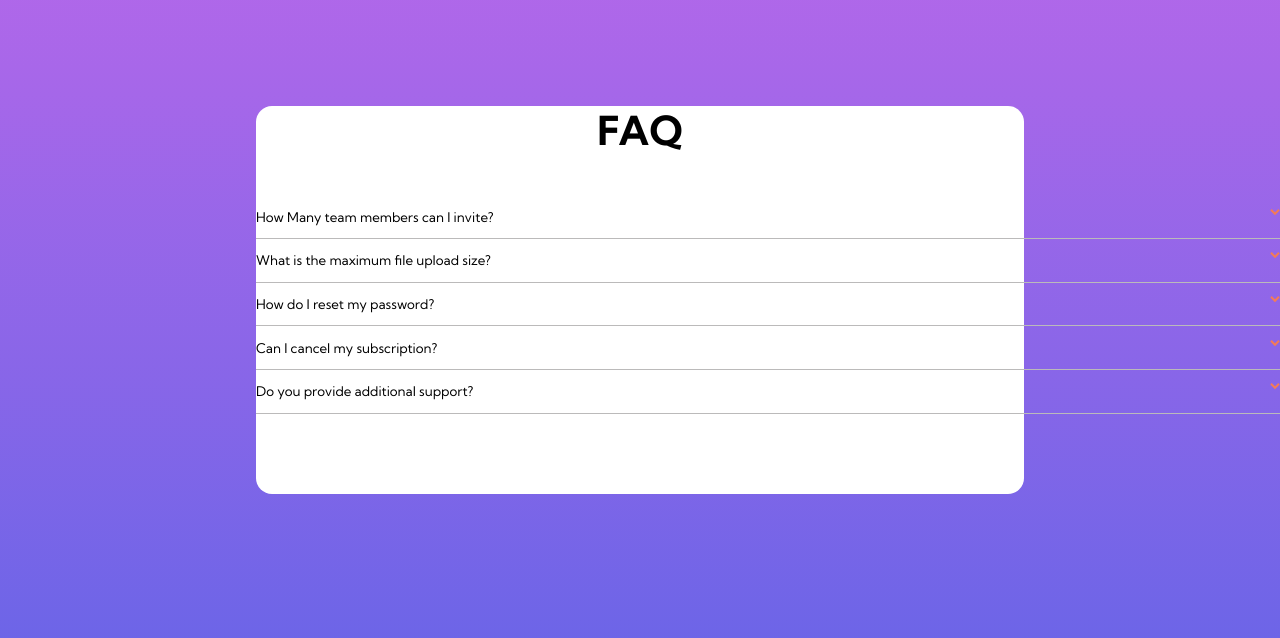
Repository: ryanwilll/ProjetoFAQ
Page: index.html
An editor plug-in stored every save of this project. The page is shown before and after the next save, followed by the edit.
The browser window is 1280 px wide. The pictures show the whole page.

Above is the page before, as saved 2022-10-27 19:58:30.

### index.html
<!DOCTYPE html>
<html lang="pt-br">

<head>
  <meta charset="UTF-8">
  <meta name="viewport" content="width=device-width, initial-scale=1.0">
  <!-- displays site properly based on user's device -->
  <link rel="preconnect" href="https://fonts.googleapis.com">
  <link rel="preconnect" href="https://fonts.gstatic.com" crossorigin>
  <link rel="preconnect" href="https://fonts.googleapis.com">
  <link rel="preconnect" href="https://fonts.gstatic.com" crossorigin>
  <link href="https://fonts.googleapis.com/css2?family=Kumbh+Sans:wght@400;700&display=swap" rel="stylesheet">
  <link rel="icon" type="image/png" sizes="32x32" href="./images/favicon-32x32.png">
  <link rel="stylesheet" href="./css/style.css">
  <link rel="stylesheet" href="./css/allmedia.css">
  <title>Frontend Mentor | FAQ Accordion Card</title>

  <!-- Feel free to remove these styles or customise in your own stylesheet 👍 -->
</head>

<body>

  <main class="container">
    <div class="card-white">
      <div class="imgs">
        <img class="img-principal" src="./images/illustration-woman-online-mobile.svg" alt="Ilustração Mobile">
        <img class="sombra-img-principal" src="./images/bg-pattern-mobile.svg" alt="Sombreamento da Imagem">
      </div>
      <div class="imgs-desktop">
        <img src="./images/illustration-woman-online-desktop.svg" alt="">
        <img src="./images/bg-pattern-desktop.svg" alt="">
        <img src="./images/illustration-box-desktop.svg" alt="">
      </div>
      <h1 class="FAQ">FAQ</h1>
      <div class="faq-menu">

        <div class="text">
          <button class="button-answer">
            <div class="question"> How Many team members can I invite?<img class="seta"
                src="./images/icon-arrow-down.svg" alt="Seta para baixo"></div>

          </button>
          <p class="answer"> You can invite up to 2 additional users on the Free plan. There is no limit on team
            members
            for the Premium
            plan.</p>
        </div>
        <div class="text">
          <button class="button-answer">
            <div class="question"> What is the maximum file upload size?<img class="seta"
                src="./images/icon-arrow-down.svg" alt="Seta para baixo"></div>

          </button>
          <p class="answer"> No more than 2GB. All files in your account must fit your allotted storage space.</p>
        </div>
        <div class="text">
          <button class="button-answer">
            <div class="question"> How do I reset my password?<img class="seta" src="./images/icon-arrow-down.svg"
                alt="Seta para baixo"></div>

          </button>
          <p class="answer"> Click “Forgot password” from the login page or “Change password” from your profile page.
            A reset link will be emailed to you.</p>
        </div>
        <div class="text">
          <button class="button-answer">
            <div class="question"> Can I cancel my subscription?<img class="seta" src="./images/icon-arrow-down.svg"
                alt="Seta para baixo"></div>

          </button>
          <p class="answer"> Yes! Send us a message and we’ll process your request no questions asked.</p>
        </div>
        <div class="text">
          <button class="button-answer">
            <div class="question"> Do you provide additional support?<img class="seta"
                src="./images/icon-arrow-down.svg" alt="Seta para baixo"></div>

          </button>
          <p class="answer"> You can invite up to 2 additional users on the Free plan. There is no limit on team
            members
            for the Premium
            plan.</p>
        </div>
      </div>

    </div>
  </main>
  <script src="./src/index.js"></script>
</body>

</html>

### css/style.css
@charset "UTF-8";
input,
textarea,
button,
select,
a {
  -webkit-tap-highlight-color: rgba(0, 0, 0, 0);
}
/*Versão Mobile First*/
* {
  font-family: "Kumbh Sans", sans-serif;
  margin: 0px;
  padding: 0px;
  box-sizing: border-box;
}

body {
  background: linear-gradient(hsl(273, 75%, 66%) 80%, hsl(240, 73%, 65%));
  background: linear-gradient(hsl(273, 75%, 66%) 80%, hsl(240, 73%, 65%));
  background-repeat: no-repeat;
  position: relative;
  height: 100vh;
  width: 100vw;
}

.card-white {
  background-color: white;
  width: 90vw;
  max-height: 100vh;
  margin: 10em auto;
  border-radius: 1em;
  padding-bottom: 5em;
}

.card-white .imgs {
  position: relative;
  width: 50vw;
  margin: auto;
  top: -5.5em;
  z-index: 1;
}

.card-white .imgs .sombra-img-principal {
  position: relative;
  width: 50vw;
  margin: auto;
  top: -4.5em;
  z-index: -1;
}
.card-white .FAQ {
  font-size: 2.5em;
  text-align: center;
  font-weight: 600;
  margin: -3em 0em 1em;
}

.card-white button {
  border-style: none;
  text-align: left;
  background-color: transparent;
  transition: color ease-in-out 0.2s;
  justify-content: space-between;
  cursor: pointer;
  width: 80vw;
}

.card-white button img {
  position: relative;
  float: right;
  margin: auto;
}

.imgs-desktop {
  display: none;
}

.card-white button:hover {
  color: orange;
}

.card-white .faq-menu .text .question {
  width: 80vw;
  margin: 1em 0em;
}

.card-white .answer {
  visibility: hidden;
  height: 0;
  transition: height 0.5s ease;
}
.card-white .faq-menu .text {
  border-bottom: 1px solid rgb(187, 186, 186);
  width: 80vw;
  margin: auto;
}

.card-white .faq-menu .text.active .question {
  font-weight: bold;
}

.card-white .faq-menu .text.active .answer {
  visibility: visible;
  height: 2.4em;
  margin: 0.5em 0em;
  width: 75vw;
  font-size: 0.7em;
  margin-bottom: 2em;
  animation: fade 1s ease-in-out;
}

.card-white .faq-menu .text.active .seta {
  transform: rotate(180deg);
}
.seta {
  transition: transform 0.5s ease-in;
}

@keyframes fade {
  from {
    opacity: 0;
    transform: translateY(-10px);
  }
  to {
    opacity: 1;
    transform: translateY(0px);
  }
}

### css/allmedia.css
@media screen and (min-width: 600px) and (max-width: 768px) {
  body {
    background: linear-gradient(hsl(273, 75%, 66%) 80%, hsl(240, 73%, 65%));
    background: linear-gradient(hsl(273, 75%, 66%) 80%, hsl(240, 73%, 65%));
    background-repeat: no-repeat;
    position: relative;
    height: 100vh;
    width: 100vw;
  }
  .card-white {
    max-height: 100%;
    margin: 13em auto;
    border-radius: 1em;
    padding-bottom: 5em;
  }
  .card-white .imgs {
    top: -10.5em;
  }

  .card-white .imgs .sombra-img-principal {
    top: -7.5em;
  }
  .card-white .FAQ {
    font-size: 3.5em;
    margin: -5em 0em 1em;
  }

  .card-white button img {
    width: 1.5em;
    height: 1em;
  }
  .card-white .faq-menu .text .question {
    font-size: 2em;
  }
  .card-white .faq-menu .text.active .answer {
    font-size: 1.5em;
  }
}

@media screen and (min-width: 769px) and (max-width: 992px) {
  body {
    background: linear-gradient(hsl(273, 75%, 66%) 80%, hsl(240, 73%, 65%));
    background: linear-gradient(hsl(273, 75%, 66%) 80%, hsl(240, 73%, 65%));
    background-repeat: no-repeat;
    position: relative;
    height: 100%;
    width: 100%;
  }
  .card-white {
    max-height: 100%;
    margin: 15em auto;
    border-radius: 1em;
    padding-bottom: 5em;
  }
  .card-white .imgs {
    top: -10.5em;
  }

  .card-white .imgs .sombra-img-principal {
    top: -7.5em;
  }
  .card-white .FAQ {
    font-size: 4em;
    margin: -3em 0em 1em;
  }
  .card-white button img {
    width: 1.5em;
    height: 1em;
  }
  .card-white .faq-menu .text .question {
    font-size: 2em;
  }
  .card-white .faq-menu .text.active .answer {
    font-size: 1.5em;
  }
}

@media screen and (min-width: 993px) and (max-width: 1200px) {
  body {
    background: linear-gradient(hsl(273, 75%, 66%) 80%, hsl(240, 73%, 65%));
    background: linear-gradient(hsl(273, 75%, 66%) 80%, hsl(240, 73%, 65%));
    background-repeat: no-repeat;
    position: relative;
    height: 100%;
    width: 100%;
  }
  .card-white {
    max-height: 100%;
    margin: 15em auto;
    border-radius: 1em;
    padding-bottom: 5em;
  }
  .card-white .imgs {
    top: -16.5em;
  }

  .card-white .imgs .sombra-img-principal {
    top: -11.5em;
  }
  .card-white .FAQ {
    font-size: 5em;
    margin: -5.5em 0em 1em;
  }
  .card-white button img {
    width: 1.5em;
    height: 1em;
  }
  .card-white .faq-menu .text .question {
    font-size: 2.3em;
  }
  .card-white .faq-menu .text.active .answer {
    font-size: 1.7em;
  }
}

@media screen and (min-width: 1201px) {
  body {
    margin: 0;
    font-family: "Poppins", sans-serif;
    height: 100vh;
    width: 100vw;
    background: linear-gradient(hsl(273, 75%, 66%), hsl(240, 73%, 65%));
    display: grid;
    justify-content: center;
    align-content: center;
  }
  .imgs {
    display: none;
  }
  .card-white {
    max-height: 100vh;
    width: 60vw;
    margin: 10em;
  }
}

### src/index.js
const faqs = document.querySelectorAll(".text");

faqs.forEach((faq) => {
  faq.addEventListener("click", () => {
    faq.classList.toggle("active");
  });
});

After the next save:
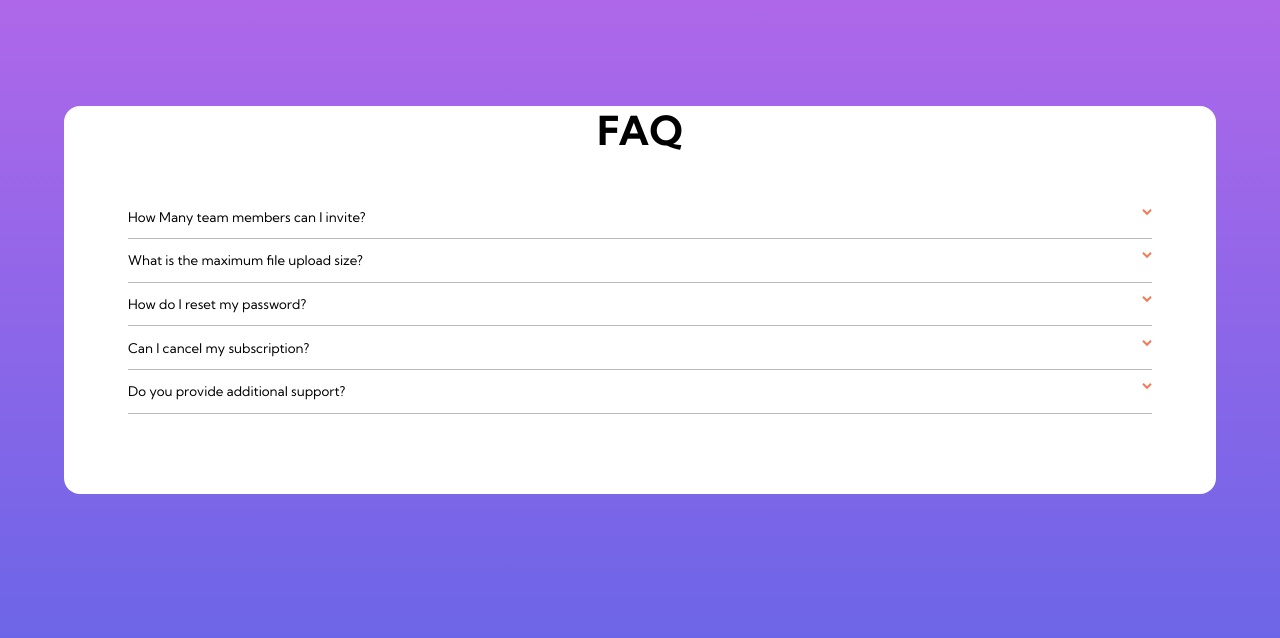
Saved 13 s later.
--- a/css/allmedia.css
+++ b/css/allmedia.css
@@ -128,8 +128,11 @@
     display: none;
   }
   .card-white {
+    background-color: white;
+    width: 90vw;
     max-height: 100vh;
-    width: 60vw;
-    margin: 10em;
+    margin: 10em auto;
+    border-radius: 1em;
+    padding-bottom: 5em;
   }
 }
